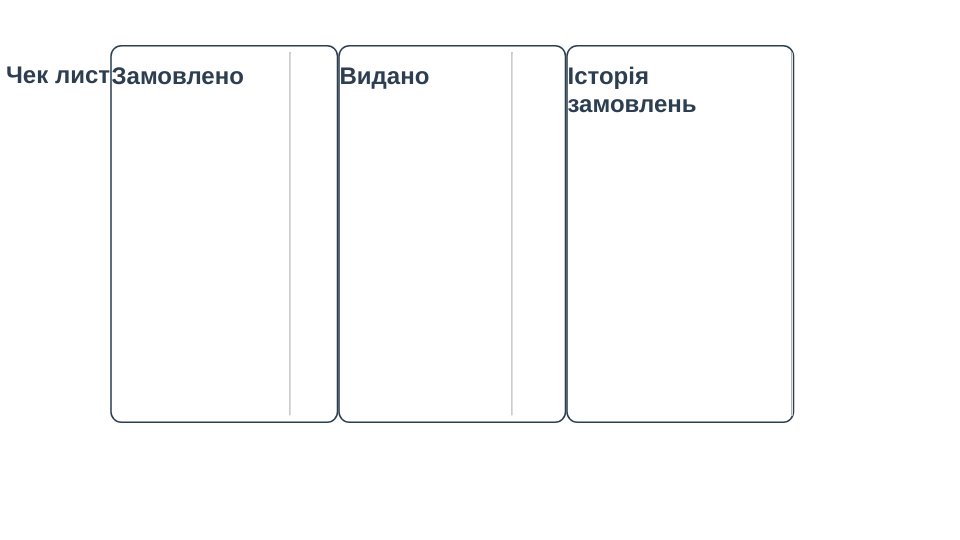
Repository: Salexandraa/HOME_Subotina
Page: / (app in order-list/)
The author's editor kept a copy of each file at every save. The page is drawn from the files as they stood at one save, then again after the next save.
The browser window is 1280 px wide. The pictures show the whole page, at 75% of full size.
The project was rebuilt for these pictures with package versions that can differ from the ones it lists, and the page was loaded fresh each time.

Above is the page before, as saved 2020-10-09 17:02:07.

After the next save:
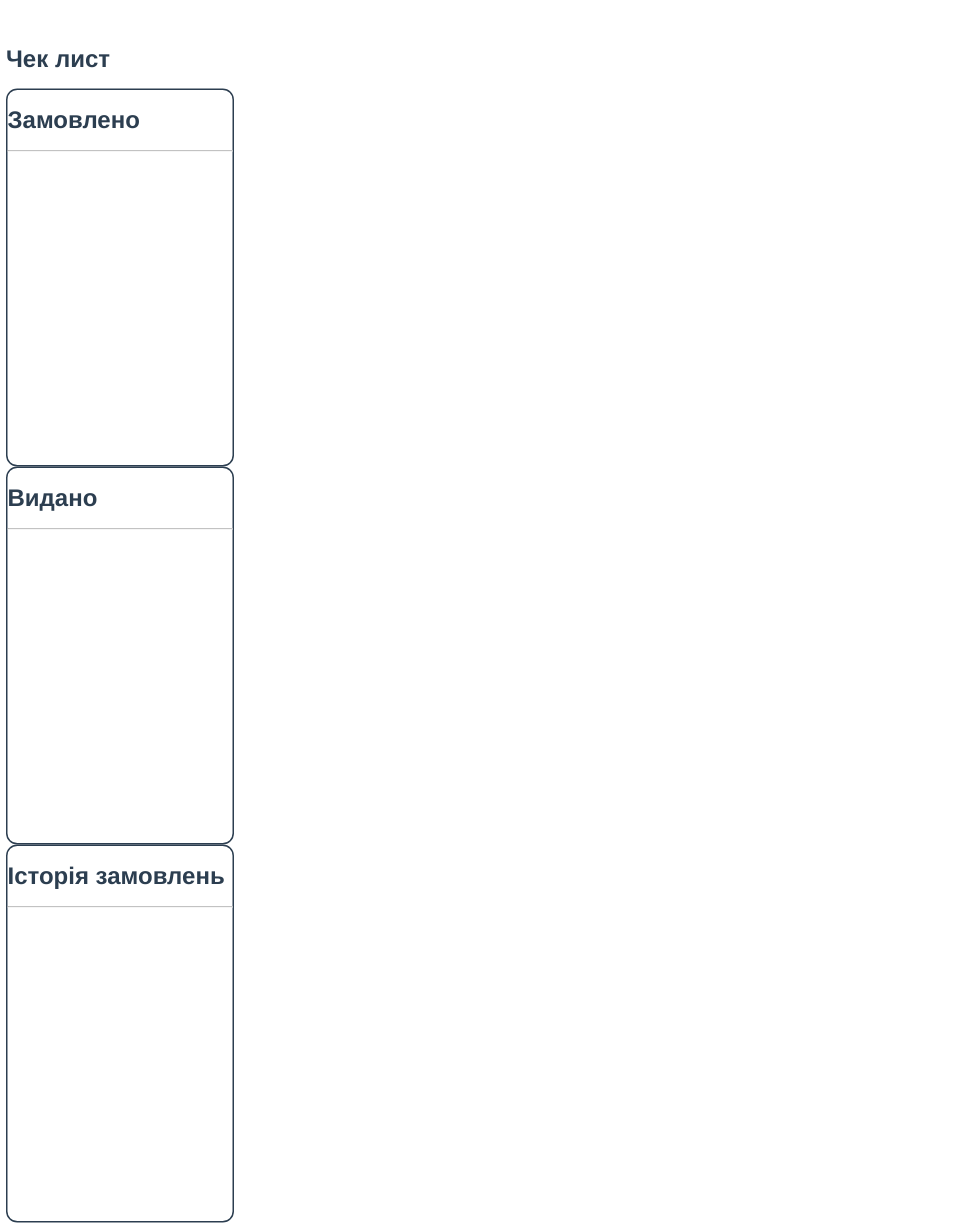
Saved 22 s later.
--- a/order-list/src/components/CheckList/index.vue
+++ b/order-list/src/components/CheckList/index.vue
@@ -39,7 +39,7 @@
 
 <style lang="css" scoped>
 .container{
-    display: inline-flex;
+    display: inline-flexbox;
     justify-content: center;
 
 

After the save that followed:
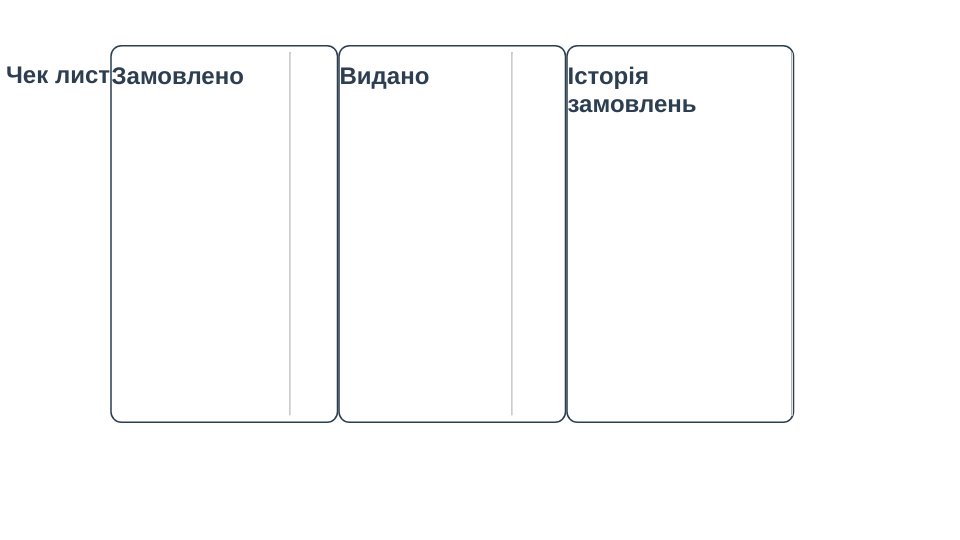
Saved 6 s later.
--- a/order-list/src/components/CheckList/index.vue
+++ b/order-list/src/components/CheckList/index.vue
@@ -39,7 +39,7 @@
 
 <style lang="css" scoped>
 .container{
-    display: inline-flexbox;
+    display: inline-flex;
     justify-content: center;
 
 
